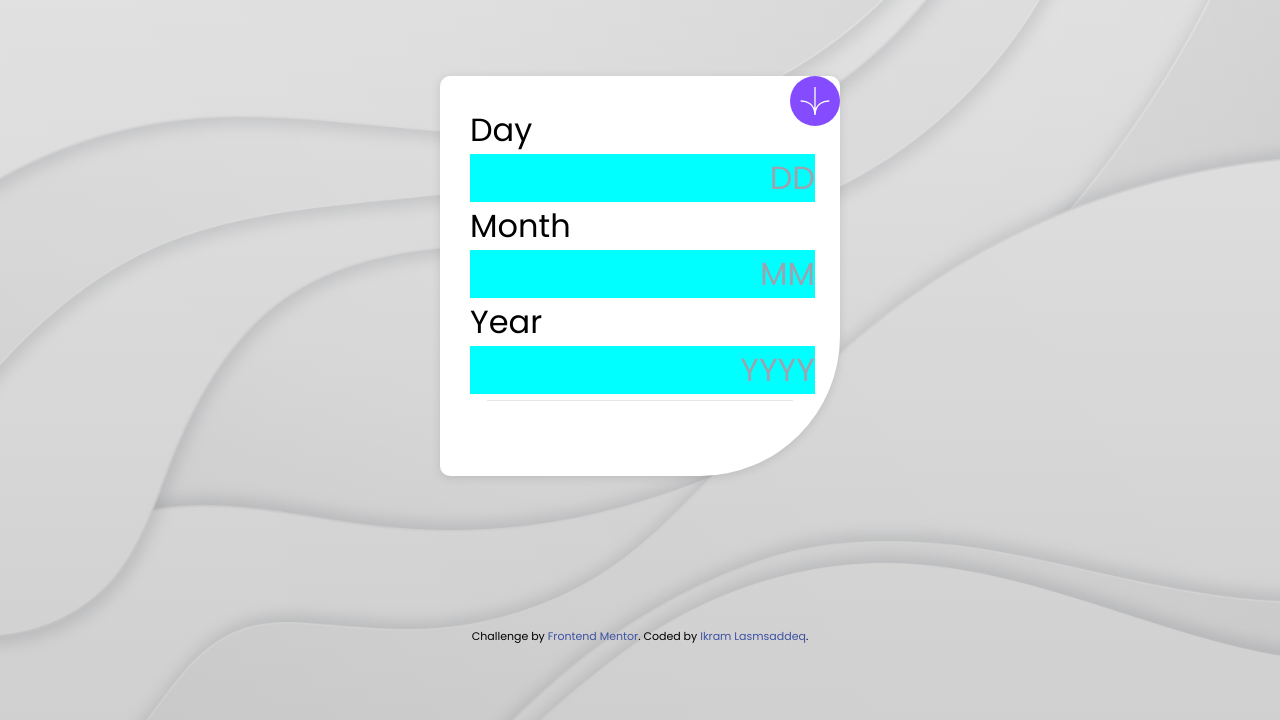
Repository: ikram-lisa/age-display
Page: /
These files come from the project's save history. The page is drawn as it stood at one moment and after the next save; the edit follows.
The browser window is 1280 px wide. The pictures show the whole page.
Some web libraries are served in a nearby version. The project was rebuilt for these pictures with package versions that can differ from the ones it lists, and the page was loaded fresh each time.

Above is the page before, as saved 2024-04-30 23:34:44.

After the next save:
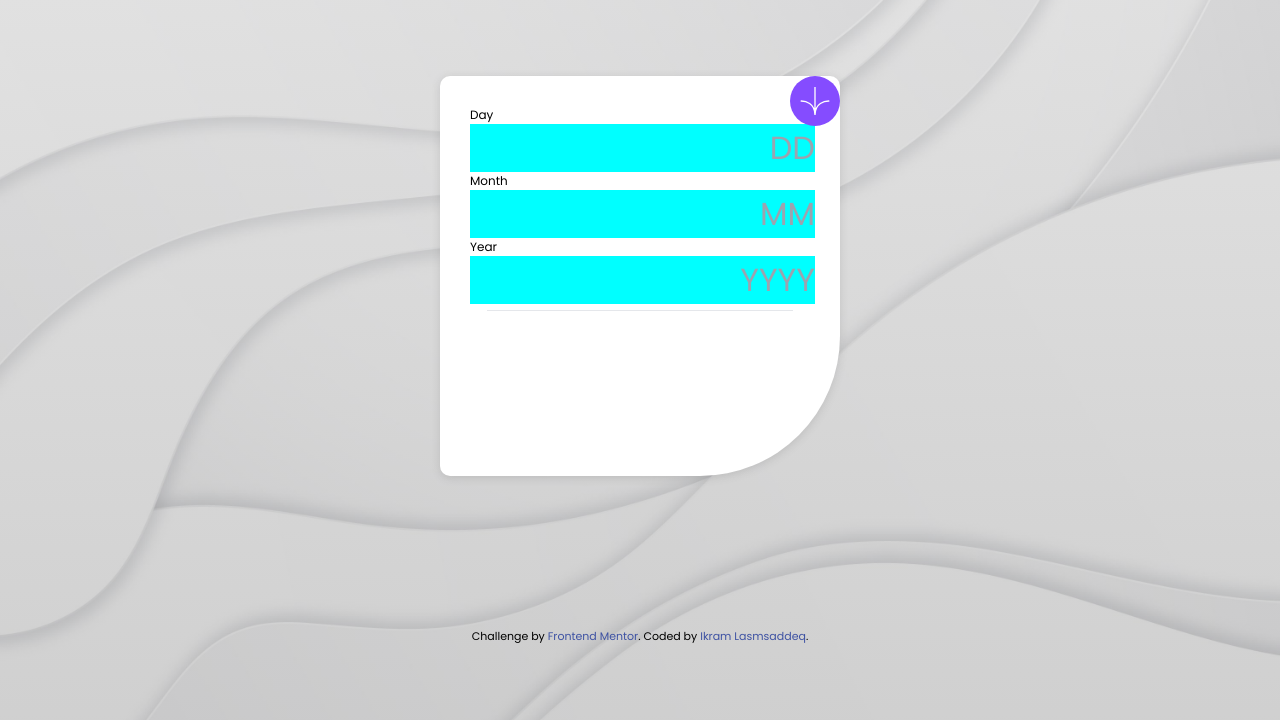
Saved 35 s later.
--- a/css/style.scss
+++ b/css/style.scss
@@ -40,9 +40,13 @@ body {
     display: flex;
     flex-wrap: wrap;
     justify-content: space-between;
+
     .formInput {
       display: flex;
       flex-direction: column;
+      label {
+        font-size: 12px;
+      }
       input[type="text"] {
         text-align: right;
         background-color: aqua;
